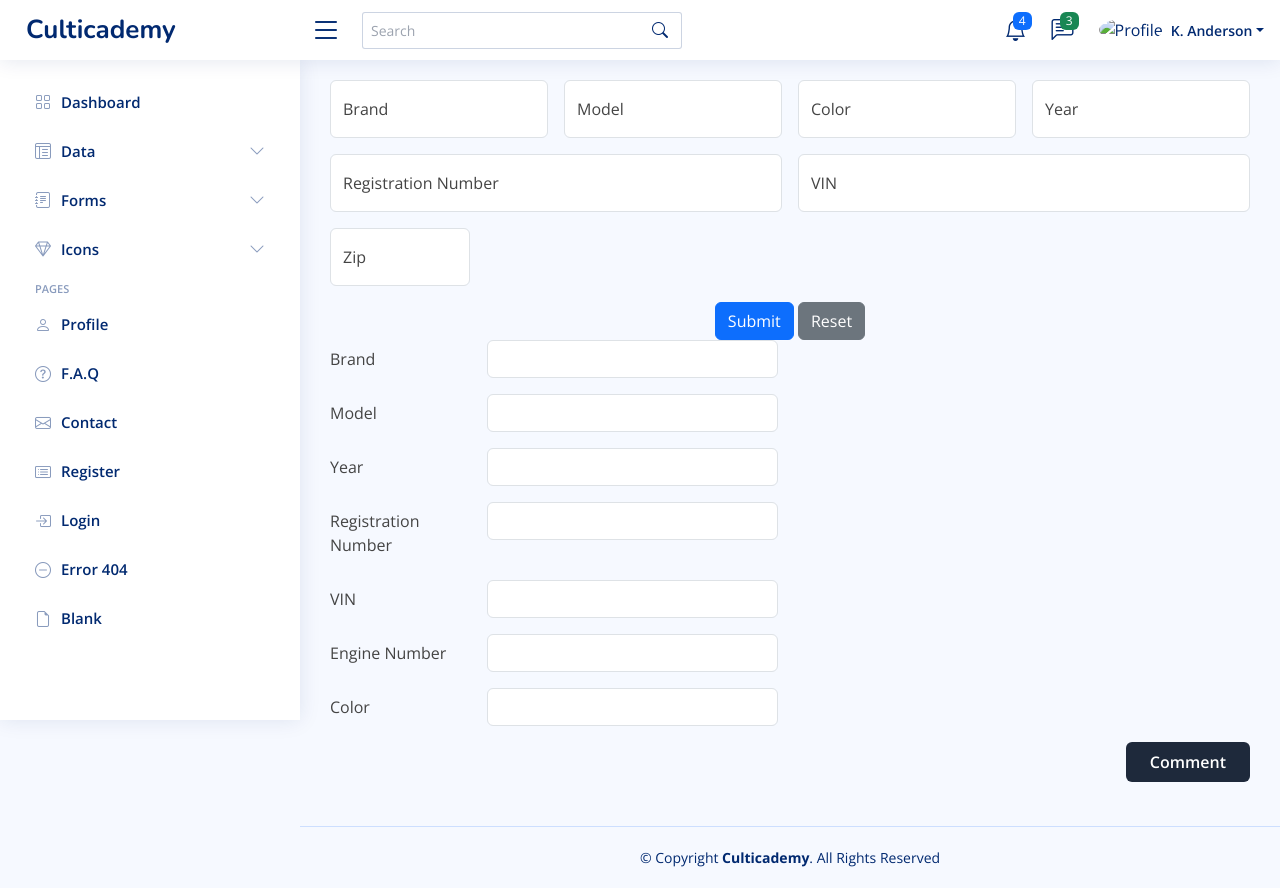
Repository: Jistoper/car_rental
Page: http://localhost/create
These files come from the project's save history. The page is drawn as it stood at one moment and after the next save; the edit follows.
The browser window is 1280 px wide. The pictures show the whole page.
The page is served by the project's Laravel application, run on PHP 8.4 with Laravel 9. Style sheets and scripts are compiled from the project's sources, by tool versions that may differ from the author's.

Above is the page before, as saved 2023-06-22 14:33:59.

After the next save:
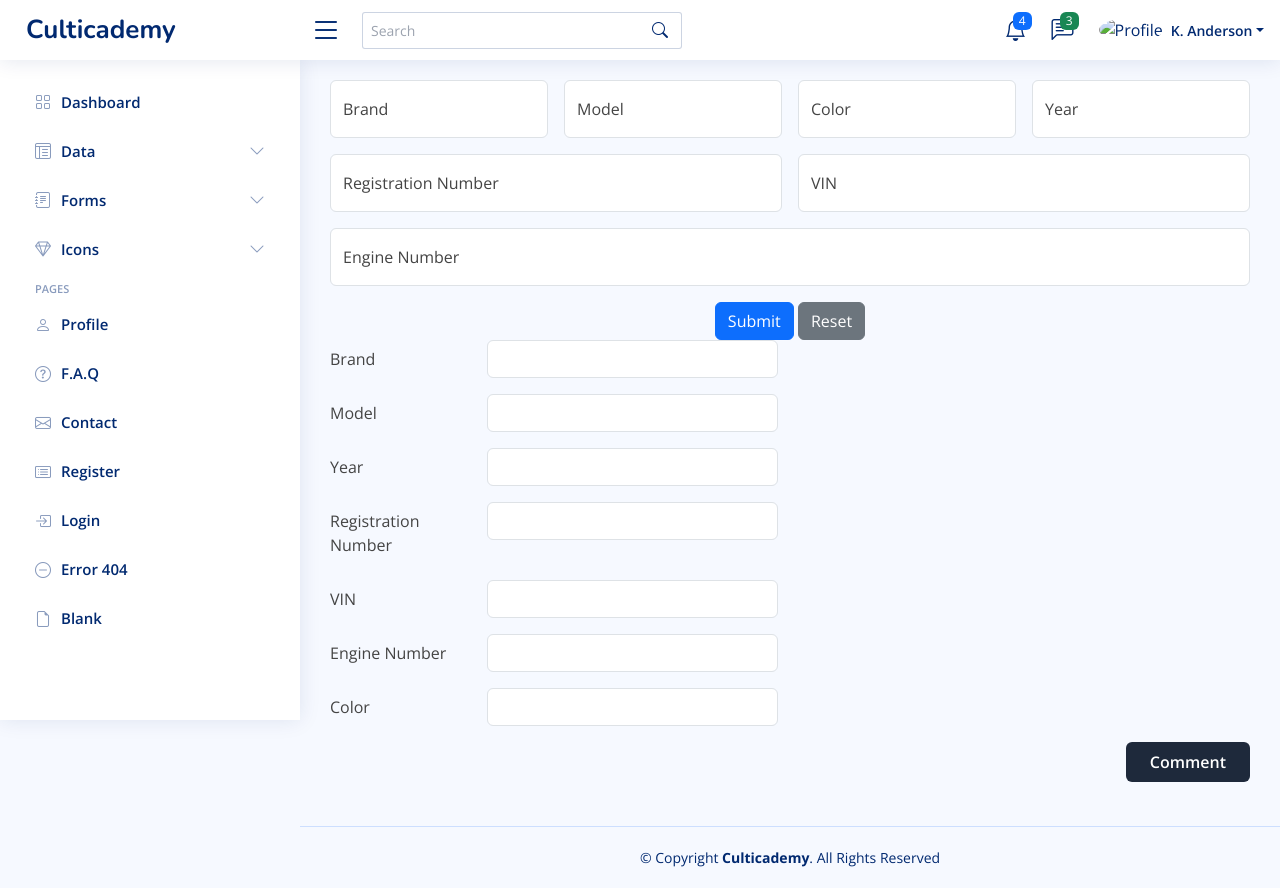
Saved 19 s later.
--- a/resources/views/backsite/content/car/createcar.blade.php
+++ b/resources/views/backsite/content/car/createcar.blade.php
@@ -42,10 +42,10 @@
             </div>
           </div>
         </div>
-        <div class="col-md-2">
+        <div class="col-md-12">
           <div class="form-floating">
             <input type="text" class="form-control" id="floatingZip" placeholder="Zip">
-            <label for="floatingZip">Zip</label>
+            <label for="floatingZip">Engine Number</label>
           </div>
         </div>
         <div class="text-center">
